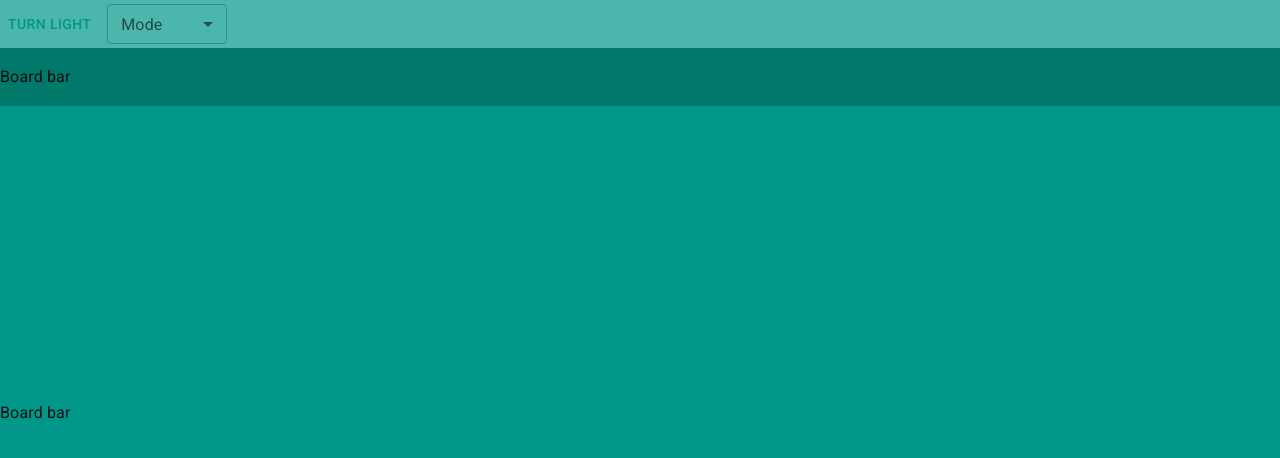
Repository: kieuduc123/trello_web
Page: /
An editor plug-in stored every save of this project. The page is shown before and after the next save, followed by the edit.
The browser window is 1280 px wide. The pictures show the whole page.
The project was rebuilt for these pictures with package versions that can differ from the ones it lists, and the page was loaded fresh each time. Also part of the build but not shown: vite.config.js.

Above is the page before, as saved 2024-03-14 22:29:08.

### index.html
<!doctype html>
<html lang="en">

<head>
  <meta charset="UTF-8" />
  <link rel="icon" type="image/svg+xml" href="https://seeklogo.com/images/T/trello-logo-CE7B690E34-seeklogo.com.png" />
  <meta name="viewport" content="width=device-width, initial-scale=1.0" />
  <title>Trello_App</title>
  <link rel="preconnect" href="https://fonts.googleapis.com" />
  <link rel="preconnect" href="https://fonts.gstatic.com" crossorigin />
  <link rel="stylesheet" href="https://fonts.googleapis.com/css2?family=Roboto:wght@300;400;500;700&display=swap" />
</head>

<body>
  <div id="root"></div>
  <script type="module" src="/src/main.jsx"></script>
</body>

</html>

### src/main.jsx
import * as React from 'react';
import { createRoot } from 'react-dom/client';
import CssBaseline from '@mui/material/CssBaseline';
import { Experimental_CssVarsProvider as CssVarsProvider } from '@mui/material/styles';
import App from './App';
import theme from './utils/theme';
const rootElement = document.getElementById('root');
const root = createRoot(rootElement);

root.render(
  <React.StrictMode>
    <CssVarsProvider theme={theme}>
      <CssBaseline />
      <App/>
    </CssVarsProvider>
  </React.StrictMode>
);

### src/App.jsx
import BoardDetail from "./pages/Boards/_id";



const App = () => {
  return (
    <>
     <BoardDetail/>
    </>
  );
};

export default App;

### src/utils/theme.js
import { cyan, deepOrange, orange, teal } from '@mui/material/colors';
import { experimental_extendTheme as extendTheme } from '@mui/material/styles';

const theme = extendTheme({
 trello: {
  appBarHeight: '48px',
  boarBarHeight: '58px',
 },
 colorSchemes: {
  light: {
   palette: {
    primary: teal,
    secondary: deepOrange,
   },
   // spacing: (factor) => `${0.25 * factor}rem`,
  },
  dark: {
   palette: {
    primary: cyan,
    secondary: orange,
   },
   // spacing: (factor) => `${0.25 * factor}rem`,
  },
 },
});

export default theme;

### src/pages/Boards/_id.jsx
import React from 'react';
import { Box, Container} from '@mui/material';
import ModeToggle from '../../components/ModeSelect/ModeToggle';


const BoardDetail = () => {
  return (
    <Container disableGutters maxWidth={false} sx={{ height: ' 100vh', backgroundColor: 'primary.main' }}>
      <Box sx={{
        backgroundColor: 'primary.light',
        width: '100%',
        height: (theme) => theme.trello.appBarHeight,
        display: 'flex',
        alignItems: 'center'
      }}>
        <ModeToggle/>
      </Box>
      <Box sx={{
        backgroundColor: 'primary.dark',
        width: '100%',
         height: (theme) =>  theme.trello.boarBarHeight,
        display: 'flex',
        alignItems: 'center'
      }}>
        Board bar
      </Box>
      <Box sx={{
        backgroundColor: 'primary.main',
        width: '100%',
        display: 'flex',
         height: (theme) => `calc(100vh - ${theme.trello.appBarHeight} - ${theme.trello.boarBarHeight})`,
        alignItems: 'center',
      }}>
        Board bar
      </Box>
   </Container>
  );
};

export default BoardDetail;

### src/components/ModeSelect/ModeToggle.jsx
import { Box, Button } from '@mui/material';
import {
  Experimental_CssVarsProvider as CssVarsProvider,
  experimental_extendTheme as extendTheme,
  useColorScheme,
} from '@mui/material/styles';
import InputLabel from '@mui/material/InputLabel';
import MenuItem from '@mui/material/MenuItem';
import FormControl from '@mui/material/FormControl';
import Select from '@mui/material/Select';
import { LightMode}  from '@mui/icons-material';
import {DarkModeOutlined} from '@mui/icons-material';
import  {SettingsBrightness  }from '@mui/icons-material';
function ModeToggle() {
  const { mode, setMode } = useColorScheme();
  return (
    <>
      <Button
        onClick={() => {
          setMode(mode === 'light' ? 'dark' : 'light');
        }}
      >
        {mode === 'light' ? 'Turn dark' : 'Turn light'}
      </Button>
      <ModeSmall/>
    </>
  );
}
export default ModeToggle;

 function ModeSmall() {
   const { mode, setMode } = useColorScheme();
  const handleChange = (event) => {
    setMode(event.target.value);
  };

  return (
    <FormControl sx={{ m: 1, minWidth: 120 }} size="small">
      <InputLabel id="label-select-dark-light">Mode</InputLabel>
      <Select
        labelId="label-select-dark-light"
        id="select-dark-light"
        value={mode}
        label="Mode"
        onChange={handleChange}
      >
        <MenuItem value='light'>
          <div style={{
            display: 'flex',
            alignItems: 'center',
            gap: '8px',
          }}>
            <LightMode fontSize='small'/> Light
          </div>
        </MenuItem>
        <MenuItem value='dark'>
           <Box sx={{ display: 'flex',
            alignItems: 'center',
            gap: 1,}}>
            <DarkModeOutlined fontSize='small' />
            Dark
          </Box>
        </MenuItem>
        <MenuItem value='system'>
            <Box sx={{ display: 'flex',
            alignItems: 'center',
            gap: 1,}}>
            <SettingsBrightness fontSize='small' />
            System
          </Box> </MenuItem>
      </Select>
    </FormControl>
  );
}

After the next save:
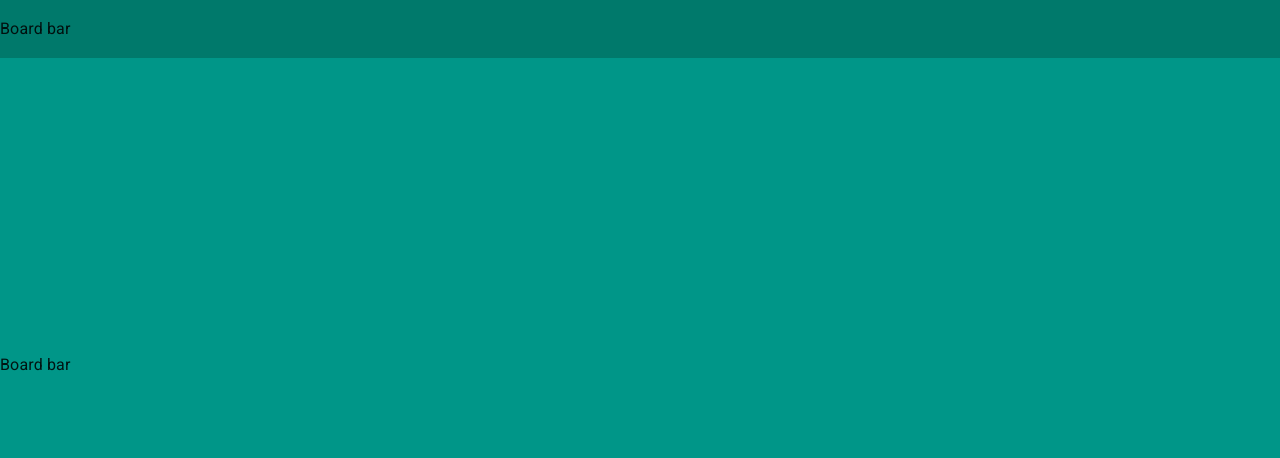
Saved 14 s later.
--- a/src/pages/Boards/_id.jsx
+++ b/src/pages/Boards/_id.jsx
@@ -6,15 +6,7 @@
 const BoardDetail = () => {
   return (
     <Container disableGutters maxWidth={false} sx={{ height: ' 100vh', backgroundColor: 'primary.main' }}>
-      <Box sx={{
-        backgroundColor: 'primary.light',
-        width: '100%',
-        height: (theme) => theme.trello.appBarHeight,
-        display: 'flex',
-        alignItems: 'center'
-      }}>
-        <ModeToggle/>
-      </Box>
+
       <Box sx={{
         backgroundColor: 'primary.dark',
         width: '100%',
